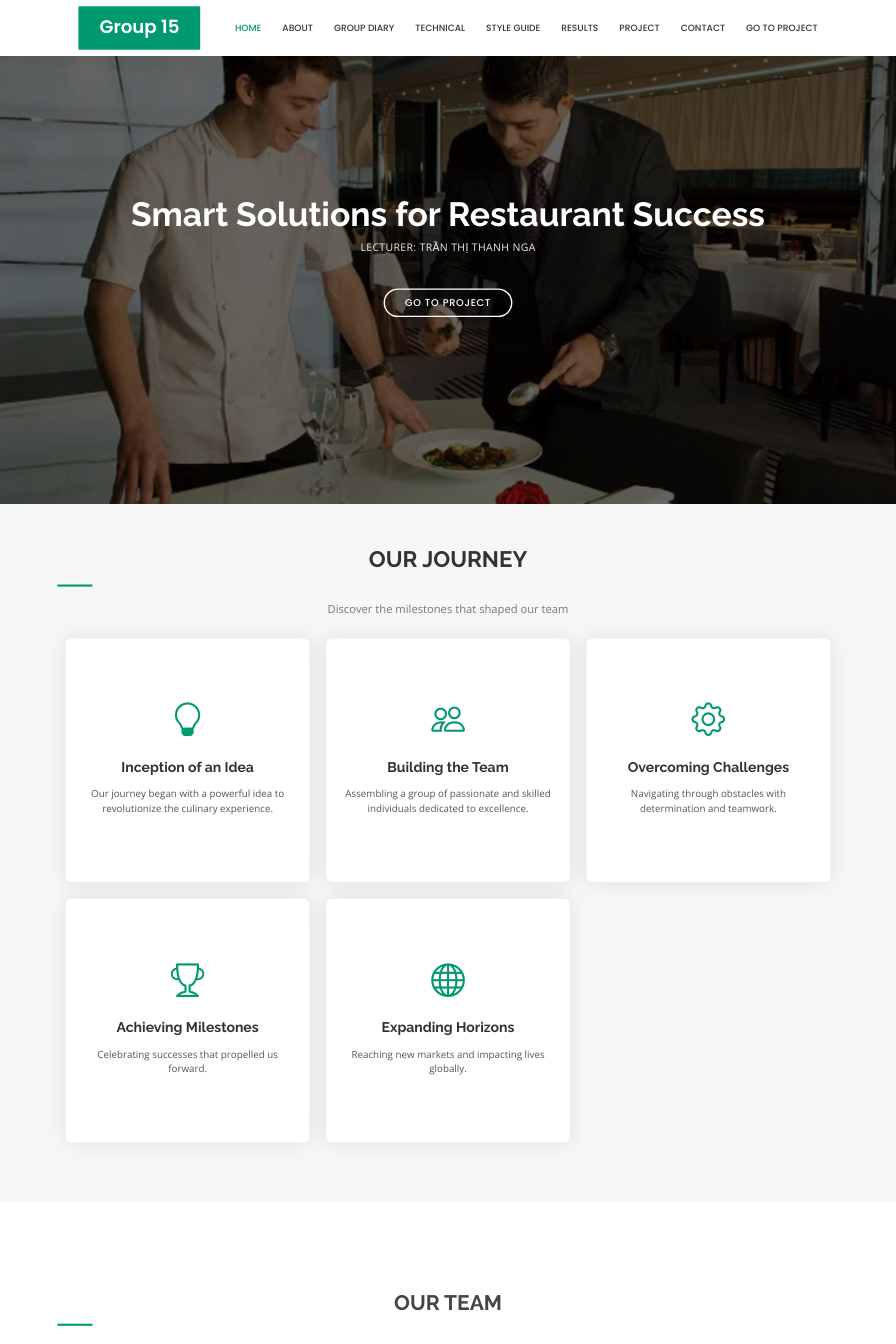
Repository: HoangKhangKhuPho4/Group_Web
Page: index.html
The author's editor kept a copy of each file at every save. The page is drawn from the files as they stood at one save, then again after the next save.
The browser window is 1280 px wide. The pictures show the part of the page from y = 0 to 1920 px (the page is 2787 px tall), at 70% of full size.
Backgrounds fixed to the window are drawn as part of the page.

Above is the page before, as saved 2024-12-06 15:17:38.

After the next save:
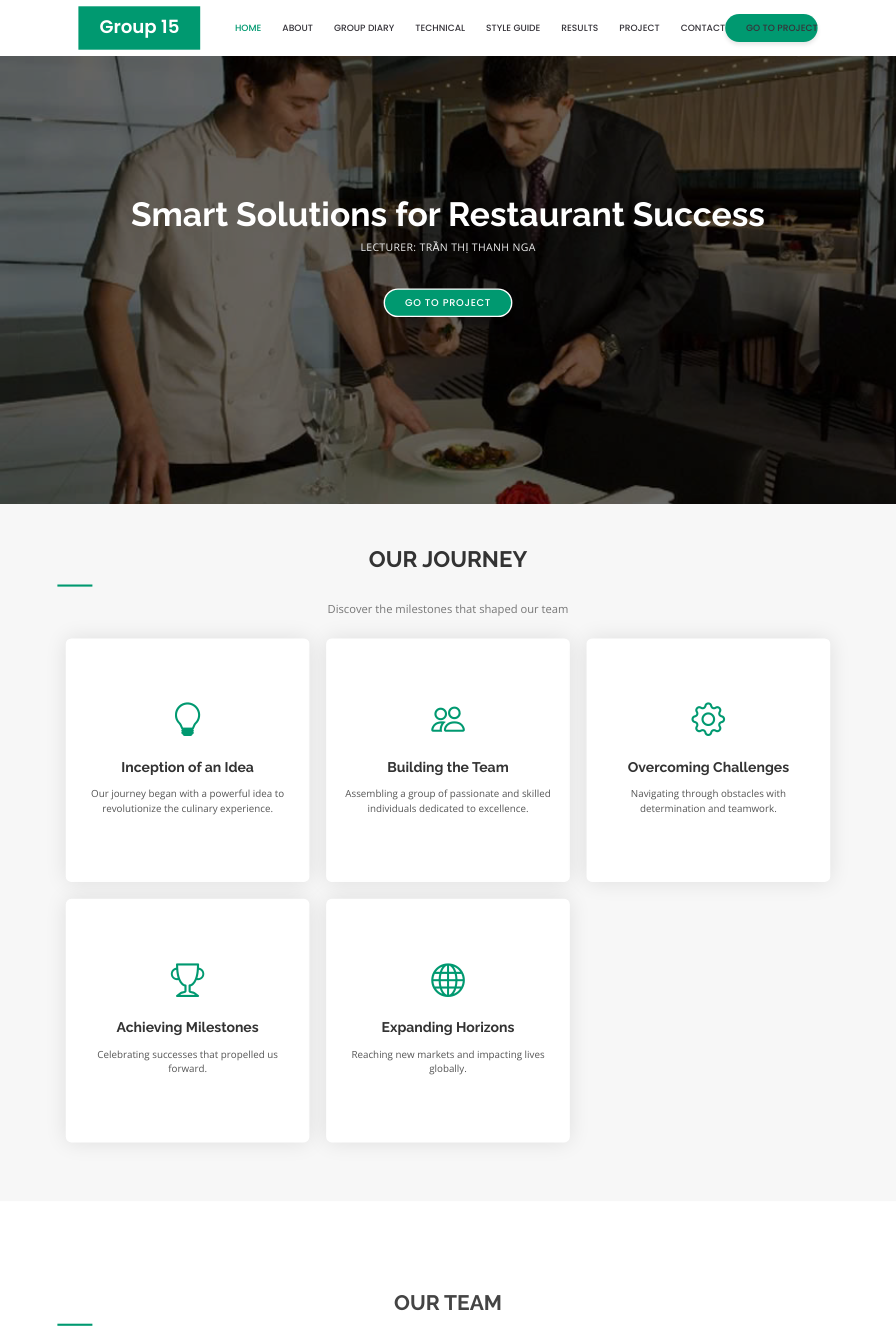
Saved 4 min 36 s later.
--- a/index.html
+++ b/index.html
@@ -64,11 +64,63 @@
 
     <!-- Custom CSS -->
     <style>
-
-
+      /* Đặt box-sizing toàn cục */
+* {
+  box-sizing: border-box;
+}
+
+/* Các quy tắc CSS hiện tại của bạn ... */
+
+/* Định dạng cho container của CTA */
+.cta-container {
+  text-align: center; /* Căn giữa nội dung bên trong */
+  margin: 20px 0; /* Khoảng cách trên và dưới */
+}
+
+/* Định dạng nút "Go To Project" */
+.btn-get-started {
+  background-color: #009970; /* Màu xanh lá cây giống logo */
+  color: #fff; /* Chữ trắng */
+  padding: 12px 30px; /* Kích thước padding */
+  border-radius: 50px; /* Bo tròn góc nút */
+  font-weight: bold; /* Đậm chữ */
+  text-transform: uppercase; /* Chữ in hoa */
+  display: inline-flex; /* Hiển thị inline-flex để áp dụng padding và margin */
+  align-items: center; /* Căn giữa theo chiều dọc */
+  justify-content: center; /* Căn giữa theo chiều ngang */
+  transition: background-color 0.3s ease, transform 0.3s ease; /* Hiệu ứng chuyển đổi */
+  box-shadow: 0 4px 6px rgba(0, 0, 0, 0.1); /* Bóng đổ nhẹ */
+  border: none; /* Loại bỏ border nếu có */
+  text-decoration: none; /* Loại bỏ gạch chân */
+}
+
+/* Hiệu ứng hover cho nút */
+.btn-get-started:hover {
+  background-color: #007a5e; /* Màu xanh đậm hơn khi hover */
+  transform: translateY(-2px); /* Hiệu ứng nâng nút lên */
+  text-decoration: none; /* Loại bỏ gạch chân */
+}
+
+/* CSS cho icon trong nút */
+.btn-get-started i {
+  margin-right: 8px; /* Khoảng cách giữa icon và chữ */
+  font-size: 16px; /* Kích thước icon */
+}
+
+/* Responsive Design cho CTA */
+@media (max-width: 768px) {
+  .cta-container {
+    margin: 15px 0; /* Khoảng cách trên mobile */
+  }
+
+  .btn-get-started {
+    width: 100%; /* Độ rộng toàn bộ trên mobile */
+    text-align: center; /* Căn giữa chữ */
+    padding: 12px 0; /* Điều chỉnh padding */
+  }
+}
 
     </style>
-
   </head>
 
   <body>
@@ -97,26 +149,40 @@
 
           <nav id="navbar" class="navbar">
             <ul>
-              <li><a class="nav-link scrollto active" href="index.html">Home</a></li>
+              <li>
+                <a class="nav-link scrollto active" href="index.html">Home</a>
+              </li>
               <li><a class="nav-link scrollto" href="about.html">About</a></li>
-              <li><a class="nav-link scrollto" href="groupDiary.html">Group Diary</a></li>
-              <li><a class="nav-link scrollto" href="technical.html">Technical</a></li>
-              <li><a class="nav-link scrollto" href="styleguide.html">Style Guide</a></li>
-              <li><a class="nav-link scrollto" href="results.html">Results</a></li>
-              <li><a class="nav-link scrollto" href="project.html">Project</a></li>
-              <li><a class="nav-link scrollto" href="contact.html">Contact</a></li>
+              <li>
+                <a class="nav-link scrollto" href="groupDiary.html"
+                  >Group Diary</a
+                >
+              </li>
+              <li>
+                <a class="nav-link scrollto" href="technical.html">Technical</a>
+              </li>
+              <li>
+                <a class="nav-link scrollto" href="styleguide.html"
+                  >Style Guide</a
+                >
+              </li>
+              <li>
+                <a class="nav-link scrollto" href="results.html">Results</a>
+              </li>
+              <li>
+                <a class="nav-link scrollto" href="project.html">Project</a>
+              </li>
+              <li>
+                <a class="nav-link scrollto" href="contact.html">Contact</a>
+              </li>
             </ul>
             <a
-            href="https://hoangkhangkhupho4.github.io/Project_Web/"
-            target="_blank"
-            class="btn-get-started scrollto"
-            >Go To Project</a
-          >
+              href="https://hoangkhangkhupho4.github.io/Project_Web/"
+              target="_blank"
+              class="btn-get-started scrollto"
+              >Go To Project</a
+            >
           </nav>
-
-
-
-
 
           <!-- .navbar -->
         </div>

After the save that followed:
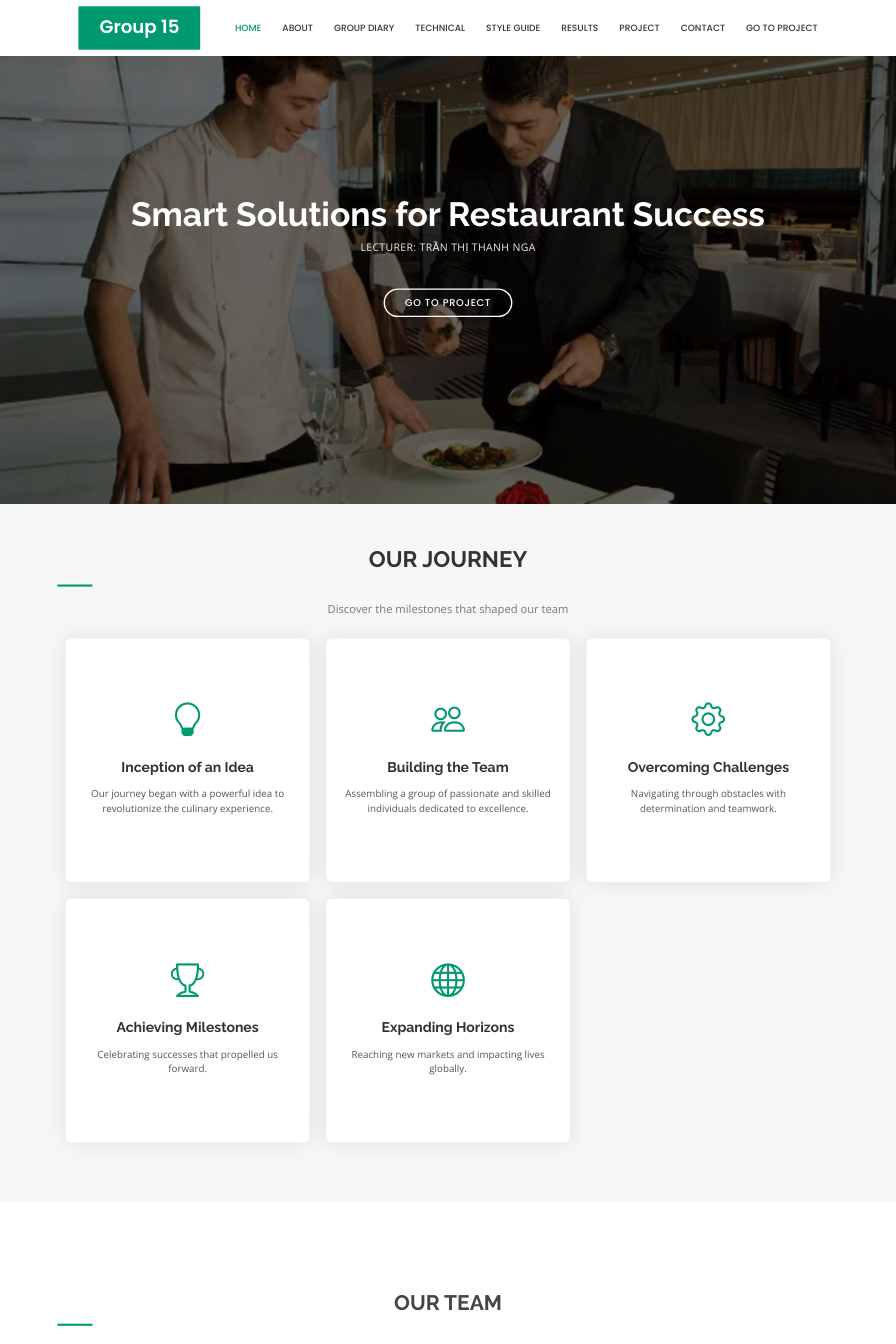
Saved 55 s later.
--- a/index.html
+++ b/index.html
@@ -63,64 +63,7 @@
     <link href="assets/css/style.css" rel="stylesheet" />
 
     <!-- Custom CSS -->
-    <style>
-      /* Đặt box-sizing toàn cục */
-* {
-  box-sizing: border-box;
-}
-
-/* Các quy tắc CSS hiện tại của bạn ... */
-
-/* Định dạng cho container của CTA */
-.cta-container {
-  text-align: center; /* Căn giữa nội dung bên trong */
-  margin: 20px 0; /* Khoảng cách trên và dưới */
-}
-
-/* Định dạng nút "Go To Project" */
-.btn-get-started {
-  background-color: #009970; /* Màu xanh lá cây giống logo */
-  color: #fff; /* Chữ trắng */
-  padding: 12px 30px; /* Kích thước padding */
-  border-radius: 50px; /* Bo tròn góc nút */
-  font-weight: bold; /* Đậm chữ */
-  text-transform: uppercase; /* Chữ in hoa */
-  display: inline-flex; /* Hiển thị inline-flex để áp dụng padding và margin */
-  align-items: center; /* Căn giữa theo chiều dọc */
-  justify-content: center; /* Căn giữa theo chiều ngang */
-  transition: background-color 0.3s ease, transform 0.3s ease; /* Hiệu ứng chuyển đổi */
-  box-shadow: 0 4px 6px rgba(0, 0, 0, 0.1); /* Bóng đổ nhẹ */
-  border: none; /* Loại bỏ border nếu có */
-  text-decoration: none; /* Loại bỏ gạch chân */
-}
-
-/* Hiệu ứng hover cho nút */
-.btn-get-started:hover {
-  background-color: #007a5e; /* Màu xanh đậm hơn khi hover */
-  transform: translateY(-2px); /* Hiệu ứng nâng nút lên */
-  text-decoration: none; /* Loại bỏ gạch chân */
-}
-
-/* CSS cho icon trong nút */
-.btn-get-started i {
-  margin-right: 8px; /* Khoảng cách giữa icon và chữ */
-  font-size: 16px; /* Kích thước icon */
-}
-
-/* Responsive Design cho CTA */
-@media (max-width: 768px) {
-  .cta-container {
-    margin: 15px 0; /* Khoảng cách trên mobile */
-  }
-
-  .btn-get-started {
-    width: 100%; /* Độ rộng toàn bộ trên mobile */
-    text-align: center; /* Căn giữa chữ */
-    padding: 12px 0; /* Điều chỉnh padding */
-  }
-}
-
-    </style>
+    <style></style>
   </head>
 
   <body>
